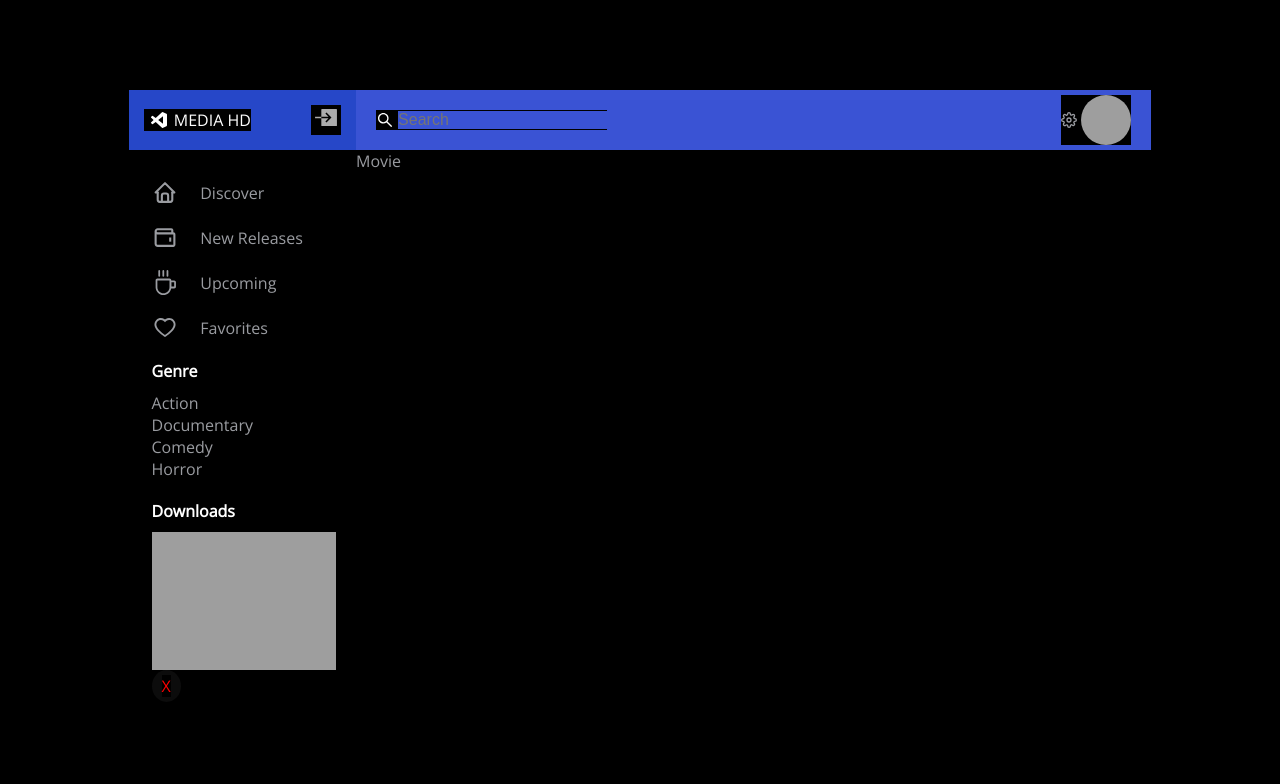
Repository: DevLaukey/movie-task
Page: /
These files come from the project's save history. The page is drawn as it stood at one moment and after the next save; the edit follows.
The browser window is 1280 px wide. The pictures show the whole page.
Pictures or frames that could not be fetched are drawn as grey boxes. The page's requests for data from a server got no answer. The project was rebuilt for these pictures with package versions that can differ from the ones it lists, and the page was loaded fresh each time. No one was signed in, and anything a server would have sent is missing. Also part of the build but not shown: src/components/Body/Movies.css.

Above is the page before, as saved 2022-06-15 21:06:51.

After the next save:
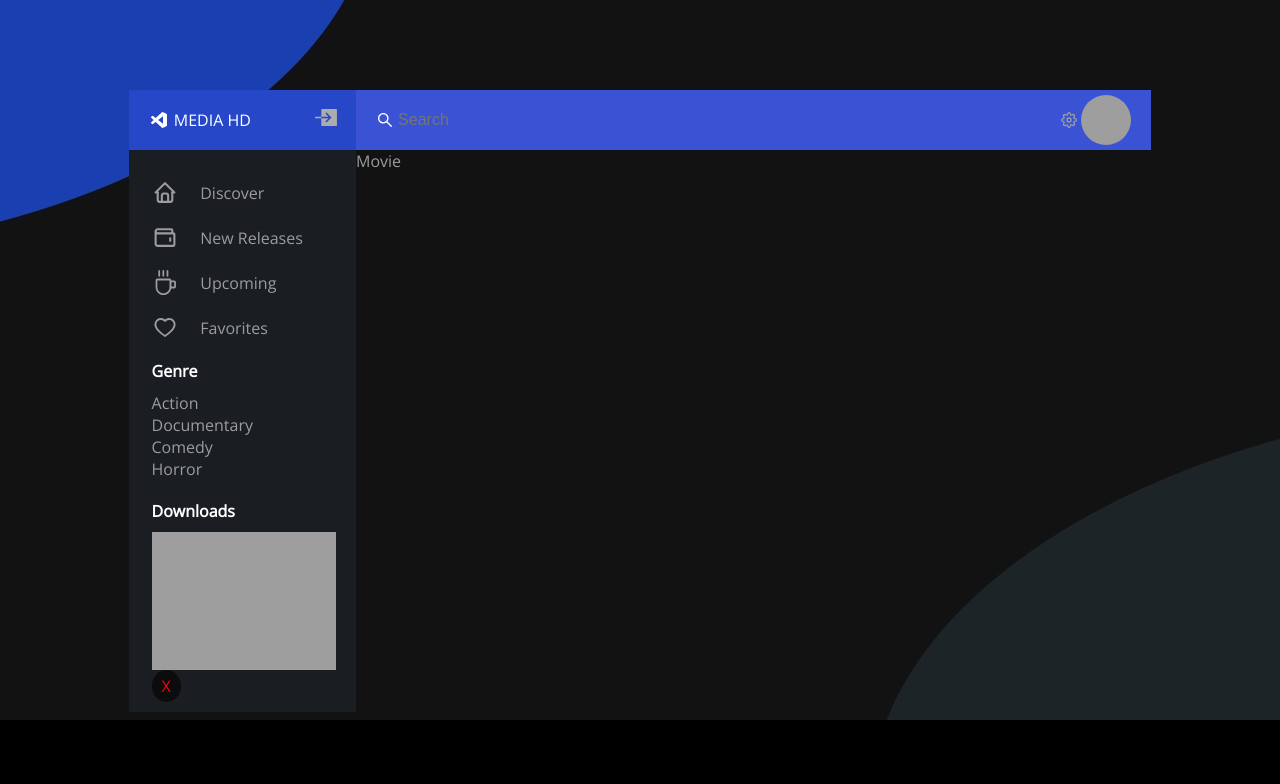
Saved 18 s later.
--- a/src/index.css
+++ b/src/index.css
@@ -2,6 +2,7 @@
     padding: 0;
     margin: 0;
     box-sizing: border-box;
-    background-color: #000;
 
 }
+body{    background-color: #000;
+}
